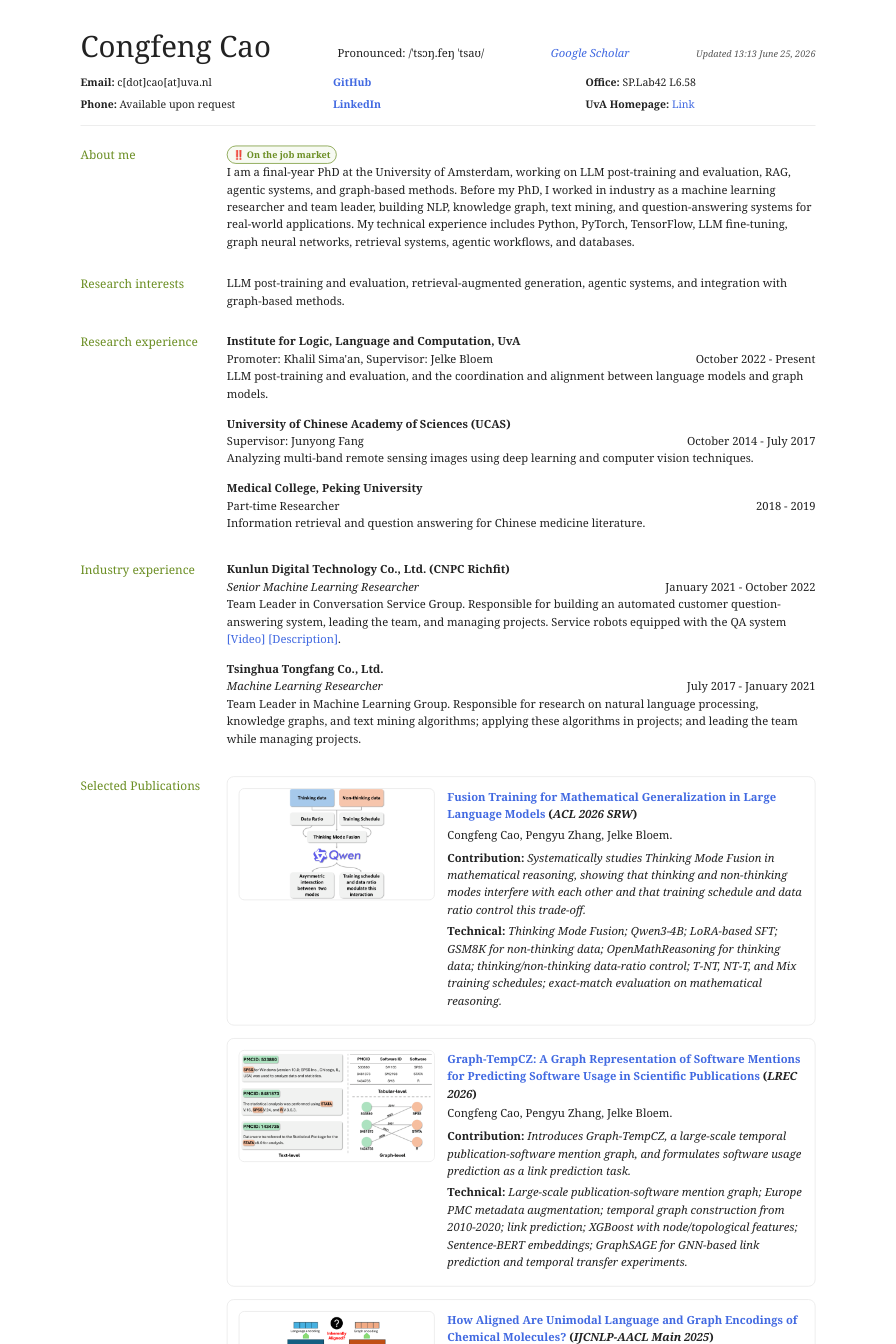
Repository: caocongfeng/caocongfeng.github.io
Page: index.html
The author's editor kept a copy of each file at every save. The page is drawn from the files as they stood at one save, then again after the next save.
The browser window is 1280 px wide. The pictures show the part of the page from y = 0 to 1920 px (the page is 4752 px tall before and 4792 px after), at 70% of full size.

Above is the page before, as saved 2026-06-25 13:11:00.

After the next save:
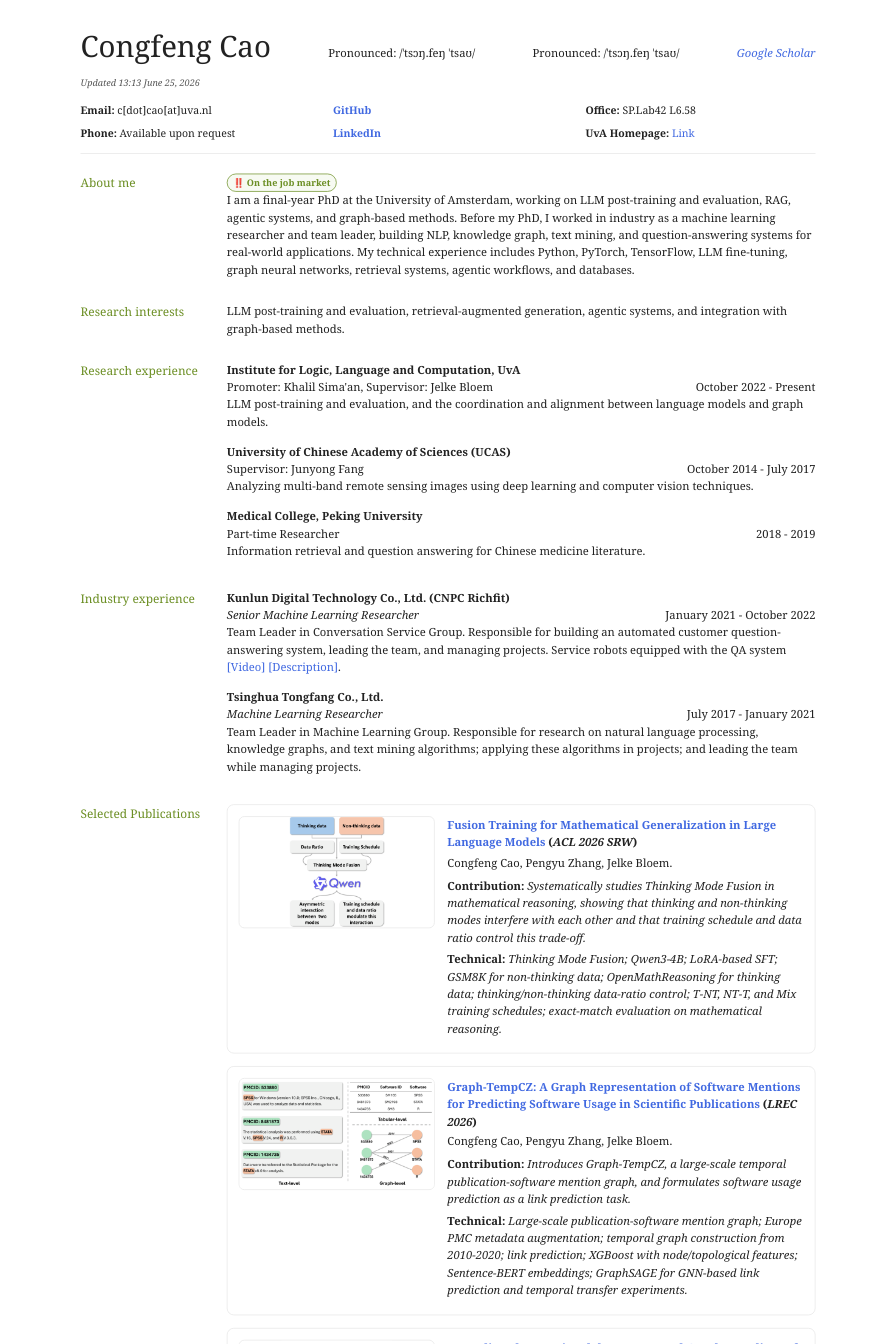
Saved 5 min 43 s later.
--- a/index.html
+++ b/index.html
@@ -329,6 +329,7 @@
         <!-- <h1></h1> -->
         <h1>Congfeng Cao</h1>
         <div class="pronunciation">Pronounced: /ˈtsɔŋ.feŋ ˈtsaʊ/</div>
+        <div class="pronunciation">Pronounced: /ˈtsɔŋ.feŋ ˈtsaʊ/</div>
         <div class="pronunciation"><i><a href="https://scholar.google.com/citations?user=qypJhesAAAAJ&hl=en">Google Scholar</a></i></div>
         <div class="updated">Updated 13:13 June 25, 2026</div>
       </div>
